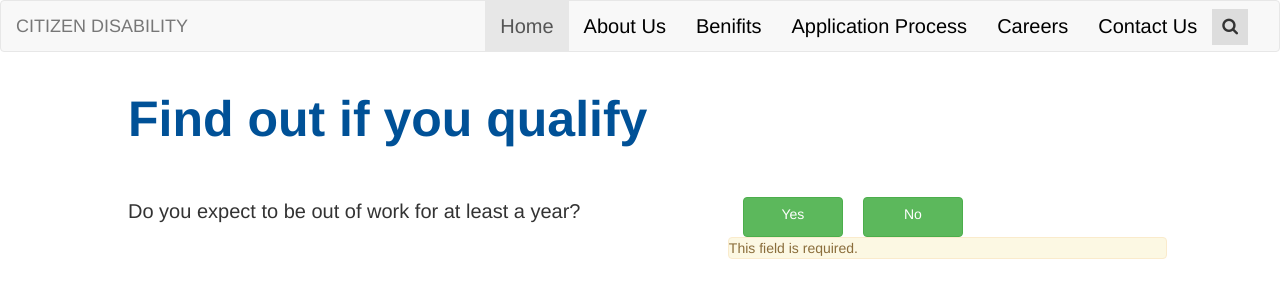
Repository: welcome0605/Embed-html-integrate-with-API
Page: Home.html
These files come from the project's save history. The page is drawn as it stood at one moment and after the next save; the edit follows.
The browser window is 1280 px wide. The pictures show the whole page.

Above is the page before, as saved 2019-04-27 15:34:29.

### Home.html
<!DOCTYPE html>
<html lang="en">
<head>
  <title>CITIZEN DISABILITY</title>
  <meta charset="utf-8">
  <meta name="viewport" content="width=device-width, initial-scale=1">
  <link rel="stylesheet" href="https://maxcdn.bootstrapcdn.com/bootstrap/3.4.0/css/bootstrap.min.css">
  <script src="https://ajax.googleapis.com/ajax/libs/jquery/3.3.1/jquery.min.js"></script>
  <script src="https://maxcdn.bootstrapcdn.com/bootstrap/3.4.0/js/bootstrap.min.js"></script>
  <link rel = "stylesheet" type = "text/css" href = "./css/base.css" />
  <link rel="stylesheet" href="https://cdnjs.cloudflare.com/ajax/libs/font-awesome/4.7.0/css/font-awesome.min.css">
</head>
<body>

<nav class="navbar navbar-default">
  <div class="container-fluid">
    <div class="navbar-header">
      <a class="navbar-brand" href="Home.html">CITIZEN DISABILITY</a>
    </div>
    <ul class="nav navbar-nav div_right">
      <li class="active"><a href="Home.html">Home</a></li>
      <li><a href="About Us.html">About Us</a></li>
      <li><a href="Benifits.html">Benifits</a></li>
      <li><a href="Application Process.html">Application Process</a></li>
      <li><a href="Careers.html">Careers</a></li>
      <li><a href="Contact Us.html">Contact Us</a></li>
      <!-- <input type="text" placeholder="Search.." name="search"> -->
      <button type="button"><i class="fa fa-search"></i></button>
    </ul>
  </div>
</nav>

<div class="container">
  <!-- <h3>Basic Navbar Example1</h3>
  <p>A navigation bar is a navigation header that is placed at the top of the page.</p> -->
  <!-- <form method="POST"> -->
    <!-- <div class="div_entire"> -->
      <div class="row"><h2 class="title">Find out if you qualify</h2></div>
      <div class="row radio_buttons" >
        <div class="row">
          <div class="col-md-6 div_label">Do you expect to be out of work for at least a year?</div>
          <div class="col-md-1"></div>
          <div class="col-md-5 btn-group-toggle" data-toggle="buttons">
            <label class="btn btn-success radio_q"><input type="radio"  value="Yes"  class="form_input valid" >Yes</label>
            <label class="btn btn-success radio_q"><input type="radio"  value="No"  class="form_input valid" >No</label>
          </div>
        </div>
        <div class="row">
          <div class="col-md-7"></div>
          <div class="alert alert-warning col-md-5">
            This field is required.
          </div>
        </div>

      </div>
      <!-- <input type="submit" value="Submit"> -->
    <!-- </div> -->
  <!-- </form> -->
</div>

</body>
</html>

### css/base.css
navbar-default .navbar-nav>.active>a, .navbar-default .navbar-nav>.active>a:focus, .navbar-default .navbar-nav>.active>a:hover {
    background-color: #005197 !important;
    color: white;
}

.navbar-default .navbar-nav>li>a {
    color: black;
    font-size: 20px;
}

.div_right input[type=text] {
    padding: 6px;
    margin-top: 8px;
    font-size: 17px;
    border: none;
}

.div_right button {
    float: right;
    padding: 6px 10px;
    margin-top: 8px;
    margin-right: 16px;
    background: #ddd;
    font-size: 17px;
    border: none;
    cursor: pointer;
}

.div_right {
    float: right;
}

/* .radio_buttons {
    display: inline-flex;
} */

.div_label {
    font-size: 20px;
    /* margin-right: 500px; */
}

.btn-group-toggle {
    display: inline-flex;
}

.radio_q {
    width: 500px;
    margin-right: 20px;
    width: 100px;
    height: 40px;
}

.radio_q:active {
    background-color: #005197;
}

.title {
    color: #005197;
    font-weight: 700;
    margin-bottom: 50px;
    font-size: 50px;
}

.container {
    margin: auto 10% auto 10% !important;
    width: 80%;
}

.alert {
    padding: 0;
    margin-bottom: 0;
}

After the next save:
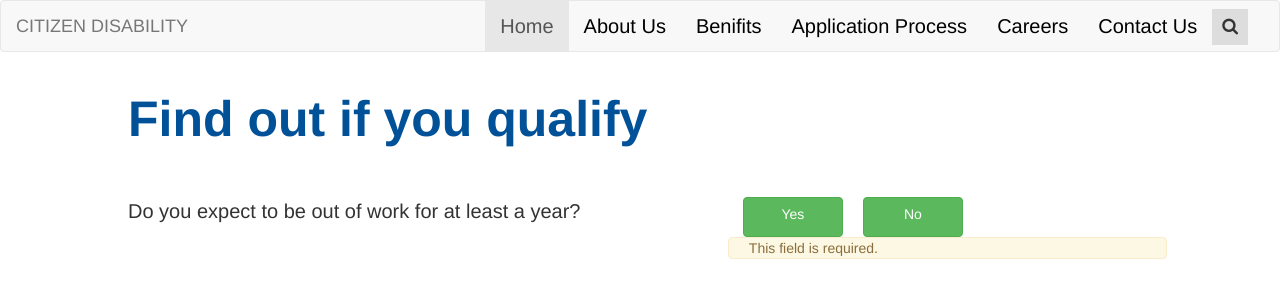
Saved 14 s later.
--- a/css/base.css
+++ b/css/base.css
@@ -67,6 +67,6 @@ navbar-default .navbar-nav>.active>a, .navbar-default .navbar-nav>.active>a:focu
 }
 
 .alert {
-    padding: 0;
+    padding: 0 0 0 20px;
     margin-bottom: 0;
 }
